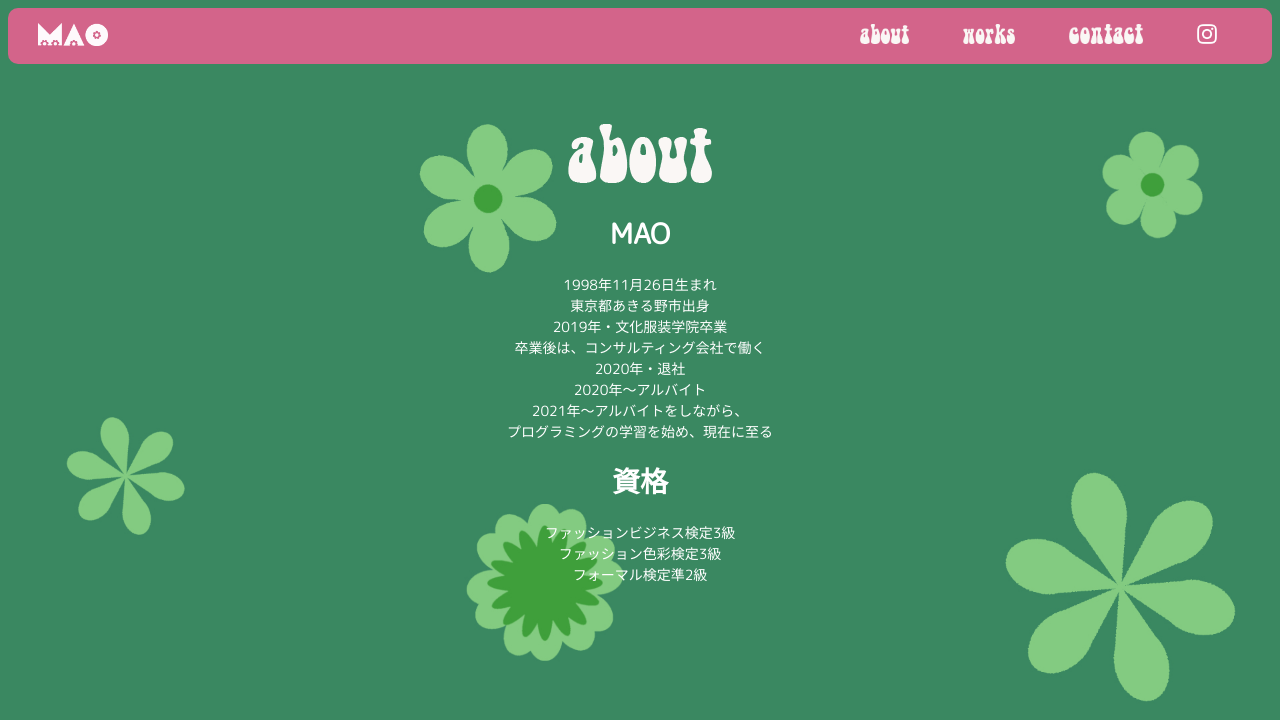
Repository: HarashimaMao/portfolio
Page: about.html
The author's editor kept a record of every edit. The page is drawn from the files as they stood at one moment, then again after the next edit.
The browser window is 1280 px wide. The pictures show the whole page.

Above is the page before.

After the next edit:
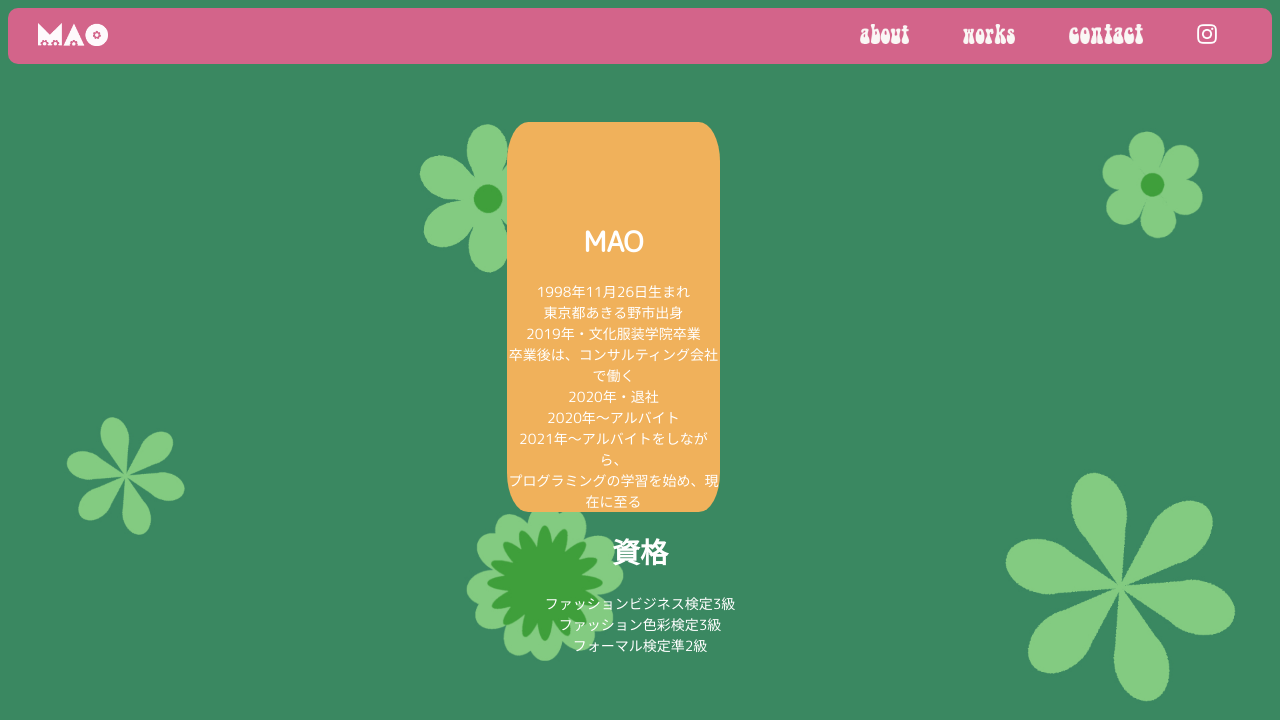
The edit:
--- a/about.html
+++ b/about.html
@@ -87,6 +87,7 @@
             <img src="images/about.png" alt="about">
             <div class="container">
                 <div class="profile">
+                <div class="square">
                     <h1>MAO</h1>
                     <p>1998年11月26日生まれ</br>東京都あきる野市出身</br>2019年・文化服装学院卒業</br>卒業後は、コンサルティング会社で働く</br>2020年・退社</br>2020年〜アルバイト</br>2021年〜アルバイトをしながら、</br>プログラミングの学習を始め、現在に至る</p>
                 </div>
